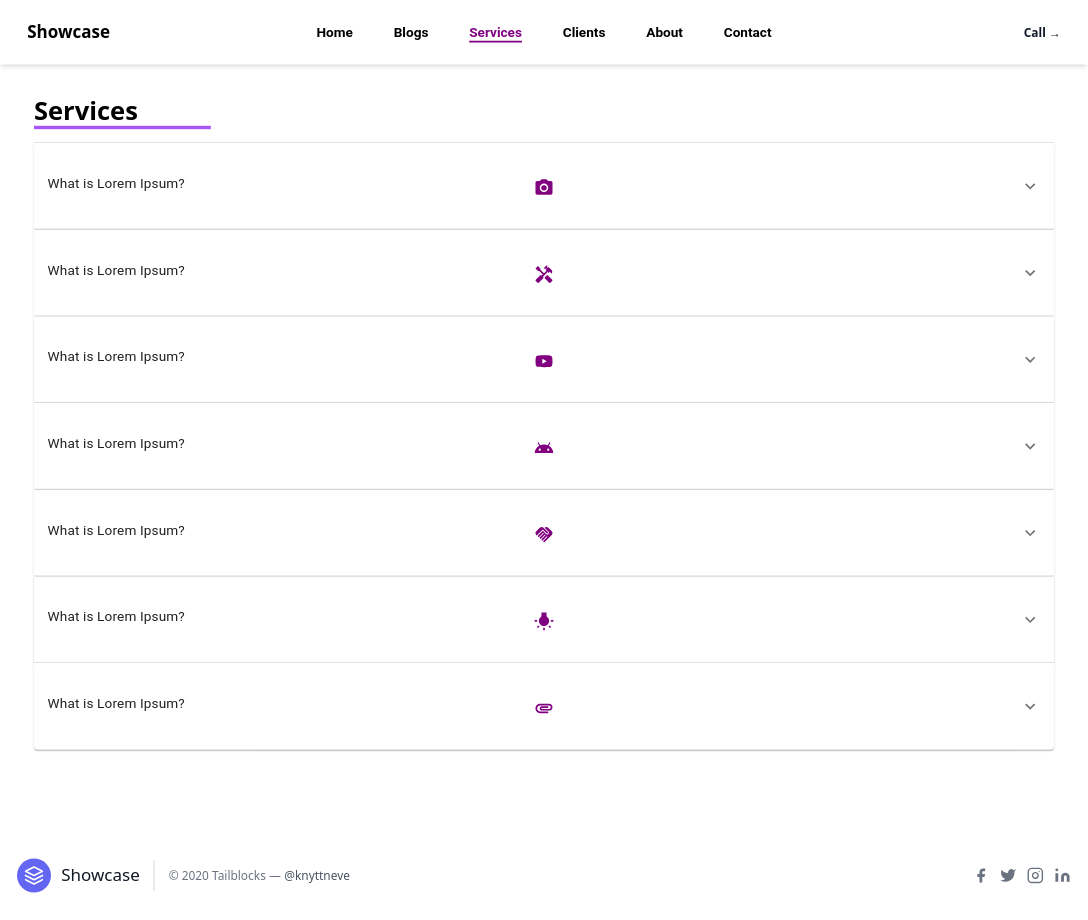
Repository: prashant523580/showcase
Page: /services
These files come from the project's save history. The page is drawn as it stood at one moment and after the next save; the edit follows.
The browser window is 1280 px wide. The pictures show the whole page, at 85% of full size.
The project was rebuilt for these pictures with package versions that can differ from the ones it lists, and the page was loaded fresh each time. The framework's server and built-in components were replaced by stand-ins that run in the browser. Also part of the build but not shown: next.config.js.

Above is the page before, as saved 2023-03-25 18:33:11.

### src/pages/_app.tsx
import Footer from '@/components/Footer'
import Navbar from '@/components/Navbar'
import React from "react";
import '@/styles/globals.css'
import type { AppProps } from 'next/app'
import AOS from "aos";
import "aos/dist/aos.css"
export default function App({ Component, pageProps }: AppProps) {
  React.useEffect(()=>{
      AOS.init()
  },[])
  return(
<>
    <Navbar/>
    <Component {...pageProps} />
    <Footer/>
</>
    )
}

### src/pages/services.tsx
import * as React from 'react';
import Accordion from '@mui/material/Accordion';
import AccordionDetails from '@mui/material/AccordionDetails';
import AccordionSummary from '@mui/material/AccordionSummary';
import Typography from '@mui/material/Typography';
import ExpandMoreIcon from '@mui/icons-material/ExpandMore';
import CameraAltIcon from '@mui/icons-material/CameraAlt';
import YouTubeIcon from '@mui/icons-material/YouTube';
import HandymanIcon from '@mui/icons-material/Handyman';
import AndroidIcon from '@mui/icons-material/Android';
import WbIncandescentIcon from '@mui/icons-material/WbIncandescent';
import HandshakeIcon from '@mui/icons-material/Handshake';
import AttachmentIcon from '@mui/icons-material/Attachment';
import htmlParser from "react-html-parser"
const services = [
    {
        id:"1",
        label: "What is Lorem Ipsum?",
        icon: <CameraAltIcon/>,
        description:"Lorem Ipsum is simply dummy text of the printing and typesetting industry. Lorem Ipsum has been the industry&apos;s standard dummy text ever since the 1500s, when an unknown printer took a galley of type and scrambled it to make a type specimen book. It has survived not only five centuries, but also the leap into electronic typesetting, remaining essentially unchanged. It was popularised in the 1960s with the release of Letraset sheets containing Lorem Ipsum passages, and more recently with desktop publishing software like Aldus PageMaker including versions of Lorem Ipsum."
    },
    {
        id:"2",
        label: "What is Lorem Ipsum?",
        icon:<HandymanIcon/>,
        description:"Lorem Ipsum is simply dummy text of the printing and typesetting industry. Lorem Ipsum has been the industry&apos;s standard dummy text ever since the 1500s, when an unknown printer took a galley of type and scrambled it to make a type specimen book. It has survived not only five centuries, but also the leap into electronic typesetting, remaining essentially unchanged. It was popularised in the 1960s with the release of Letraset sheets containing Lorem Ipsum passages, and more recently with desktop publishing software like Aldus PageMaker including versions of Lorem Ipsum."
    },
    {
        id:"3",
        label: "What is Lorem Ipsum?",
        icon:<YouTubeIcon/>,
        description:"Lorem Ipsum is simply dummy text of the printing and typesetting industry. Lorem Ipsum has been the industry&apos;s standard dummy text ever since the 1500s, when an unknown printer took a galley of type and scrambled it to make a type specimen book. It has survived not only five centuries, but also the leap into electronic typesetting, remaining essentially unchanged. It was popularised in the 1960s with the release of Letraset sheets containing Lorem Ipsum passages, and more recently with desktop publishing software like Aldus PageMaker including versions of Lorem Ipsum."
    },
    {
        id:"4",
        label: "What is Lorem Ipsum?",
        icon:<AndroidIcon/>,
        description:"Lorem Ipsum is simply dummy text of the printing and typesetting industry. Lorem Ipsum has been the industry&apos;s standard dummy text ever since the 1500s, when an unknown printer took a galley of type and scrambled it to make a type specimen book. It has survived not only five centuries, but also the leap into electronic typesetting, remaining essentially unchanged. It was popularised in the 1960s with the release of Letraset sheets containing Lorem Ipsum passages, and more recently with desktop publishing software like Aldus PageMaker including versions of Lorem Ipsum."
    },
    {
        id:"5",
        label: "What is Lorem Ipsum?",
        icon:<HandshakeIcon/>,
        description:"Lorem Ipsum is simply dummy text of the printing and typesetting industry. Lorem Ipsum has been the industry&apos;s standard dummy text ever since the 1500s, when an unknown printer took a galley of type and scrambled it to make a type specimen book. It has survived not only five centuries, but also the leap into electronic typesetting, remaining essentially unchanged. It was popularised in the 1960s with the release of Letraset sheets containing Lorem Ipsum passages, and more recently with desktop publishing software like Aldus PageMaker including versions of Lorem Ipsum."
    },
    {
        id:"6",
        label: "What is Lorem Ipsum?",
        icon:<WbIncandescentIcon/>,
        description:"Lorem Ipsum is simply dummy text of the printing and typesetting industry. Lorem Ipsum has been the industry&apos;s standard dummy text ever since the 1500s, when an unknown printer took a galley of type and scrambled it to make a type specimen book. It has survived not only five centuries, but also the leap into electronic typesetting, remaining essentially unchanged. It was popularised in the 1960s with the release of Letraset sheets containing Lorem Ipsum passages, and more recently with desktop publishing software like Aldus PageMaker including versions of Lorem Ipsum."
    },
    {
        id:"7",
        label: "What is Lorem Ipsum?",
        icon:<AttachmentIcon/>,
        description:"Lorem Ipsum is simply dummy text of the printing and typesetting industry. Lorem Ipsum has been the industry&apos;s standard dummy text ever since the 1500s, when an unknown printer took a galley of type and scrambled it to make a type specimen book. It has survived not only five centuries, but also the leap into electronic typesetting, remaining essentially unchanged. It was popularised in the 1960s with the release of Letraset sheets containing Lorem Ipsum passages, and more recently with desktop publishing software like Aldus PageMaker including versions of Lorem Ipsum."
    },
]
export default function Sercices() {
  const [expanded, setExpanded] = React.useState<string | false>(false);

  const handleChange =
    (panel: string) => (event: React.SyntheticEvent, isExpanded: boolean) => {
      setExpanded(isExpanded ? panel : false);
    };

  return (
    <div className='py-24 px-10'>
        <div className="py-4">

        <h1 className='font-bold text-3xl'>Services</h1>
        <div  className='w-52 h-1 bg-purple-500'></div>
        </div>
        {
            services.map((service,ind) => {
                return(

                <Accordion expanded={expanded === `panel${ind}`} onChange={handleChange(`panel${ind}`)}>
                    <AccordionSummary
                    expandIcon={<ExpandMoreIcon />}
                    aria-controls="panel1bh-content"
                    id="panel1bh-header"
                    sx={{
                        py:3
                    }}
                    >
                    <Typography sx={{ width: '50%', flexShrink: 0 }}>
                        {service.label}
                    </Typography>
                    <Typography sx={{ color: 'purple',fontSize:20 }}>{service.icon}</Typography>
                    </AccordionSummary>
                    <AccordionDetails>
                    <Typography>
                       {htmlParser(service.description)}
                    </Typography>
                    </AccordionDetails>
                </Accordion>
                )
            })
        }

    </div>
  );
}

### src/components/Footer.tsx
import React from 'react'

export default function Footer() {
  return (
    <footer className="text-gray-600 body-font">
  <div className="container px-5 py-8 mx-auto flex items-center sm:flex-row flex-col">
    <a className="flex title-font font-medium items-center md:justify-start justify-center text-gray-900">
      <svg xmlns="http://www.w3.org/2000/svg" fill="none" stroke="currentColor" stroke-linecap="round" stroke-linejoin="round" stroke-width="2" className="w-10 h-10 text-white p-2 bg-indigo-500 rounded-full" viewBox="0 0 24 24">
        <path d="M12 2L2 7l10 5 10-5-10-5zM2 17l10 5 10-5M2 12l10 5 10-5"></path>
      </svg>
      <span className="ml-3 text-xl">Showcase</span>
    </a>
    <p className="text-sm text-gray-500 sm:ml-4 sm:pl-4 sm:border-l-2 sm:border-gray-200 sm:py-2 sm:mt-0 mt-4">© 2020 Tailblocks —
      <a href="https://twitter.com/knyttneve" className="text-gray-600 ml-1" rel="noopener noreferrer" target="_blank">@knyttneve</a>
    </p>
    <span className="inline-flex sm:ml-auto sm:mt-0 mt-4 justify-center sm:justify-start">
      <a className="text-gray-500">
        <svg fill="currentColor" stroke-linecap="round" stroke-linejoin="round" stroke-width="2" className="w-5 h-5" viewBox="0 0 24 24">
          <path d="M18 2h-3a5 5 0 00-5 5v3H7v4h3v8h4v-8h3l1-4h-4V7a1 1 0 011-1h3z"></path>
        </svg>
      </a>
      <a className="ml-3 text-gray-500">
        <svg fill="currentColor" stroke-linecap="round" stroke-linejoin="round" stroke-width="2" className="w-5 h-5" viewBox="0 0 24 24">
          <path d="M23 3a10.9 10.9 0 01-3.14 1.53 4.48 4.48 0 00-7.86 3v1A10.66 10.66 0 013 4s-4 9 5 13a11.64 11.64 0 01-7 2c9 5 20 0 20-11.5a4.5 4.5 0 00-.08-.83A7.72 7.72 0 0023 3z"></path>
        </svg>
      </a>
      <a className="ml-3 text-gray-500">
        <svg fill="none" stroke="currentColor" stroke-linecap="round" stroke-linejoin="round" stroke-width="2" className="w-5 h-5" viewBox="0 0 24 24">
          <rect width="20" height="20" x="2" y="2" rx="5" ry="5"></rect>
          <path d="M16 11.37A4 4 0 1112.63 8 4 4 0 0116 11.37zm1.5-4.87h.01"></path>
        </svg>
      </a>
      <a className="ml-3 text-gray-500">
        <svg fill="currentColor" stroke="currentColor" stroke-linecap="round" stroke-linejoin="round" stroke-width="0" className="w-5 h-5" viewBox="0 0 24 24">
          <path stroke="none" d="M16 8a6 6 0 016 6v7h-4v-7a2 2 0 00-2-2 2 2 0 00-2 2v7h-4v-7a6 6 0 016-6zM2 9h4v12H2z"></path>
          <circle cx="4" cy="4" r="2" stroke="none"></circle>
        </svg>
      </a>
    </span>
  </div>
</footer>
  )
}

### src/components/Navbar.tsx
// import React from 'react'

// export default function Navbar() {
//   return (
//     <header className="text-gray-600 body-font">
//   <div className="container mx-auto flex flex-wrap p-5 flex-col md:flex-row items-center">
//     <nav className="flex lg:w-2/5 flex-wrap items-center text-base md:ml-auto">
//       <a className="mr-5 hover:text-gray-900">First Link</a>
//       <a className="mr-5 hover:text-gray-900">Second Link</a>
//       <a className="mr-5 hover:text-gray-900">Third Link</a>
//       <a className="hover:text-gray-900">Fourth Link</a>
//     </nav>
//     <a className="flex order-first lg:order-none lg:w-1/5 title-font font-medium items-center text-gray-900 lg:items-center lg:justify-center mb-4 md:mb-0">
//       <svg xmlns="http://www.w3.org/2000/svg" fill="none" stroke="currentColor" stroke-linecap="round" stroke-linejoin="round" stroke-width="2" className="w-10 h-10 text-white p-2 bg-indigo-500 rounded-full" viewBox="0 0 24 24">
//         <path d="M12 2L2 7l10 5 10-5-10-5zM2 17l10 5 10-5M2 12l10 5 10-5"></path>
//       </svg>
//       <span className="ml-3 text-xl">Tailblocks</span>
//     </a>
//     <div className="lg:w-2/5 inline-flex lg:justify-end ml-5 lg:ml-0">
//       <button className="inline-flex items-center bg-gray-100 border-0 py-1 px-3 focus:outline-none hover:bg-gray-200 rounded text-base mt-4 md:mt-0">Button
//         <svg fill="none" stroke="currentColor" stroke-linecap="round" stroke-linejoin="round" stroke-width="2" className="w-4 h-4 ml-1" viewBox="0 0 24 24">
//           <path d="M5 12h14M12 5l7 7-7 7"></path>
//         </svg>
//       </button>
//     </div>
//   </div>
// </header>
//   )
// }
import React, { useState } from 'react'
import {useRouter} from "next/router"
import { Dialog } from '@headlessui/react'
import { Bars3Icon, XMarkIcon } from '@heroicons/react/24/outline'
import Link from 'next/link'

const navigation = [
  { name: 'Home', href: '/' },
  { name: 'Blogs', href: '/blogs' },
  { name: 'Services', href: '/services' },
  { name: 'Clients', href: '/clients' },
  { name: 'About', href: '/about' },
  { name: 'Contact', href: '/contact' },
]
function ActiveLink({ children, href } : any) {
  const router = useRouter();
  const style = {
      // padding: 10,
    // marginRight: 10,
    fontWeight:"bold",
    color: router.asPath === href ? 'purple' : 'black',
    boxShadow:  router.asPath === href ? "inset 0 -2px 0 0 purple" : "none",
    fontFamily: "'Roboto', sans-serif",
  }

  const handleClick = (e : any) => {
    e.preventDefault()
    router.push(href)
  }

  return (
    <a href={href} onClick={handleClick} style={style}>
      {children}
    </a>
  )
}
export default function Example() {
  const [mobileMenuOpen, setMobileMenuOpen] = useState(false)

  return (
    <div className="bg-white">
      <header className="absolute shadow-md bg-white inset-x-0 top-0 z-50">
        <nav className="flex items-center justify-between p-6 lg:px-8" aria-label="Global">
          <div className="flex lg:flex-1">
            <Link href="/" className="-m-1.5 p-1.5">
              <span className="sr-only">Showcase</span>
              {/* <img
                className="h-8 w-auto"
                src="https://tailwindui.com/img/logos/mark.svg?color=indigo&shade=600"
                alt=""
              /> */}
              <h1 className='font-bold text-xl'>Showcase</h1>
            </Link>
          </div>
          <div className="flex lg:hidden">
            <button
              type="button"
              className="-m-2.5 inline-flex items-center justify-center rounded-md p-2.5 text-gray-700"
              onClick={() => setMobileMenuOpen(true)}
            >
              <span className="sr-only">Open main menu</span>
              <Bars3Icon className="h-6 w-6" aria-hidden="true" />
            </button>
          </div>
          <div className="hidden lg:flex lg:gap-x-12">
            {navigation.map((item) => (
              <ActiveLink key={item.name} href={item.href}>
                {item.name}
              </ActiveLink>
            ))}
          </div>
          <div className="hidden lg:flex lg:flex-1 lg:justify-end">
            <Link href="tel:+9779816514719" className="text-sm font-semibold leading-6 text-gray-900">
              Call <span aria-hidden="true">&rarr;</span>
            </Link>
          </div>
        </nav>
        <Dialog as="div" className="lg:hidden transition-all" open={mobileMenuOpen} onClose={setMobileMenuOpen}>
          <div className="fixed inset-0 z-50  transition-all" />
          <Dialog.Panel className="fixed transition-all inset-y-0 right-0 z-50 w-full overflow-y-auto bg-white px-6 py-6 sm:max-w-sm sm:ring-1 sm:ring-gray-900/10">
            <div className="flex items-center justify-between">
              <Link href="#" className="-m-1.5 p-1.5">
                <span className="sr-only">Showcase</span>
                <img
                  className="h-8 w-auto"
                  src="https://tailwindui.com/img/logos/mark.svg?color=indigo&shade=600"
                  alt=""
                />
              </Link>
              <button
                type="button"
                className="-m-2.5 rounded-md p-2.5 text-gray-700"
                onClick={() => setMobileMenuOpen(false)}
              >
                <span className="sr-only">Close menu</span>
                <XMarkIcon className="h-6 w-6" aria-hidden="true" />
              </button>
            </div>
            <div className="mt-6 flow-root">
              <div className="-my-6 divide-y divide-gray-500/10">
                <div className="space-y-2 py-6">
                  {navigation.map((item) => (
                    <Link
                      key={item.name}
                      href={item.href}
                      className="-mx-3 block rounded-lg py-2 px-3 text-base font-semibold leading-7 text-gray-900 hover:bg-gray-50"
                    >
                      {item.name}
                    </Link>
                  ))}
                </div>
                <div className="py-6">
                  <Link
                    href="#"
                    className="-mx-3 block rounded-lg py-2.5 px-3 text-base font-semibold leading-7 text-gray-900 hover:bg-gray-50"
                  >
                    Log in
                  </Link>
                </div>
              </div>
            </div>
          </Dialog.Panel>
        </Dialog>
      </header>


    </div>
  )
}

### src/styles/globals.css
@tailwind base;
@tailwind components;
@tailwind utilities;
@import url('https://fonts.googleapis.com/css2?family=Aclonica&family=Caveat&family=DM+Serif+Text&family=Oswald&family=Roboto&family=Vollkorn&display=swap');

:root {
  --max-width: 1100px;
  --border-radius: 12px;
  --font-mono: ui-monospace, Menlo, Monaco, 'Cascadia Mono', 'Segoe UI Mono',
    'Roboto Mono', 'Oxygen Mono', 'Ubuntu Monospace', 'Source Code Pro',
    'Fira Mono', 'Droid Sans Mono', 'Courier New', monospace;

  --foreground-rgb: 0, 0, 0;
  --background-start-rgb: 214, 219, 220;
  --background-end-rgb: 255, 255, 255;

  --primary-glow: conic-gradient(
    from 180deg at 50% 50%,
    #16abff33 0deg,
    #0885ff33 55deg,
    #54d6ff33 120deg,
    #0071ff33 160deg,
    transparent 360deg
  );
  --secondary-glow: radial-gradient(
    rgba(255, 255, 255, 1),
    rgba(255, 255, 255, 0)
  );

  --tile-start-rgb: 239, 245, 249;
  --tile-end-rgb: 228, 232, 233;
  --tile-border: conic-gradient(
    #00000080,
    #00000040,
    #00000030,
    #00000020,
    #00000010,
    #00000010,
    #00000080
  );

  --callout-rgb: 238, 240, 241;
  --callout-border-rgb: 172, 175, 176;
  --card-rgb: 180, 185, 188;
  --card-border-rgb: 131, 134, 135;
}

@media (prefers-color-scheme: dark) {
  :root {
    --foreground-rgb: 255, 255, 255;
    --background-start-rgb: 0, 0, 0;
    --background-end-rgb: 0, 0, 0;

    --primary-glow: radial-gradient(rgba(1, 65, 255, 0.4), rgba(1, 65, 255, 0));
    --secondary-glow: linear-gradient(
      to bottom right,
      rgba(1, 65, 255, 0),
      rgba(1, 65, 255, 0),
      rgba(1, 65, 255, 0.3)
    );

    --tile-start-rgb: 2, 13, 46;
    --tile-end-rgb: 2, 5, 19;
    --tile-border: conic-gradient(
      #ffffff80,
      #ffffff40,
      #ffffff30,
      #ffffff20,
      #ffffff10,
      #ffffff10,
      #ffffff80
    );

    --callout-rgb: 20, 20, 20;
    --callout-border-rgb: 108, 108, 108;
    --card-rgb: 100, 100, 100;
    --card-border-rgb: 200, 200, 200;
  }
}

* {
  box-sizing: border-box;
  padding: 0;
  margin: 0;
}

html,
body {
  max-width: 100vw;
  overflow-x: hidden;

}

body {
  /* color: rgb(var(--foreground-rgb)); */
  /* background: linear-gradient(
      to bottom,
      transparent,
      rgb(var(--background-end-rgb))
    )
    rgb(var(--background-start-rgb)); */
      /*
    font-family: 'Vollkorn', serif;
    font-family: 'Oswald', sans-serif;
    font-family: 'Aclonica', sans-serif;
    font-family: 'Caveat', cursive;
    font-family: 'DM Serif Text', serif;
    font-family: 'Roboto', sans-serif;
    */
}

a {
  color: inherit;
  text-decoration: none;
}

/* @media (prefers-color-scheme: dark) {
  html {
    color-scheme: dark;
  }
} */

Loaded but not shown: src/pages/_document.tsx (common file); tailwind.config.js (common file)

After the next save:
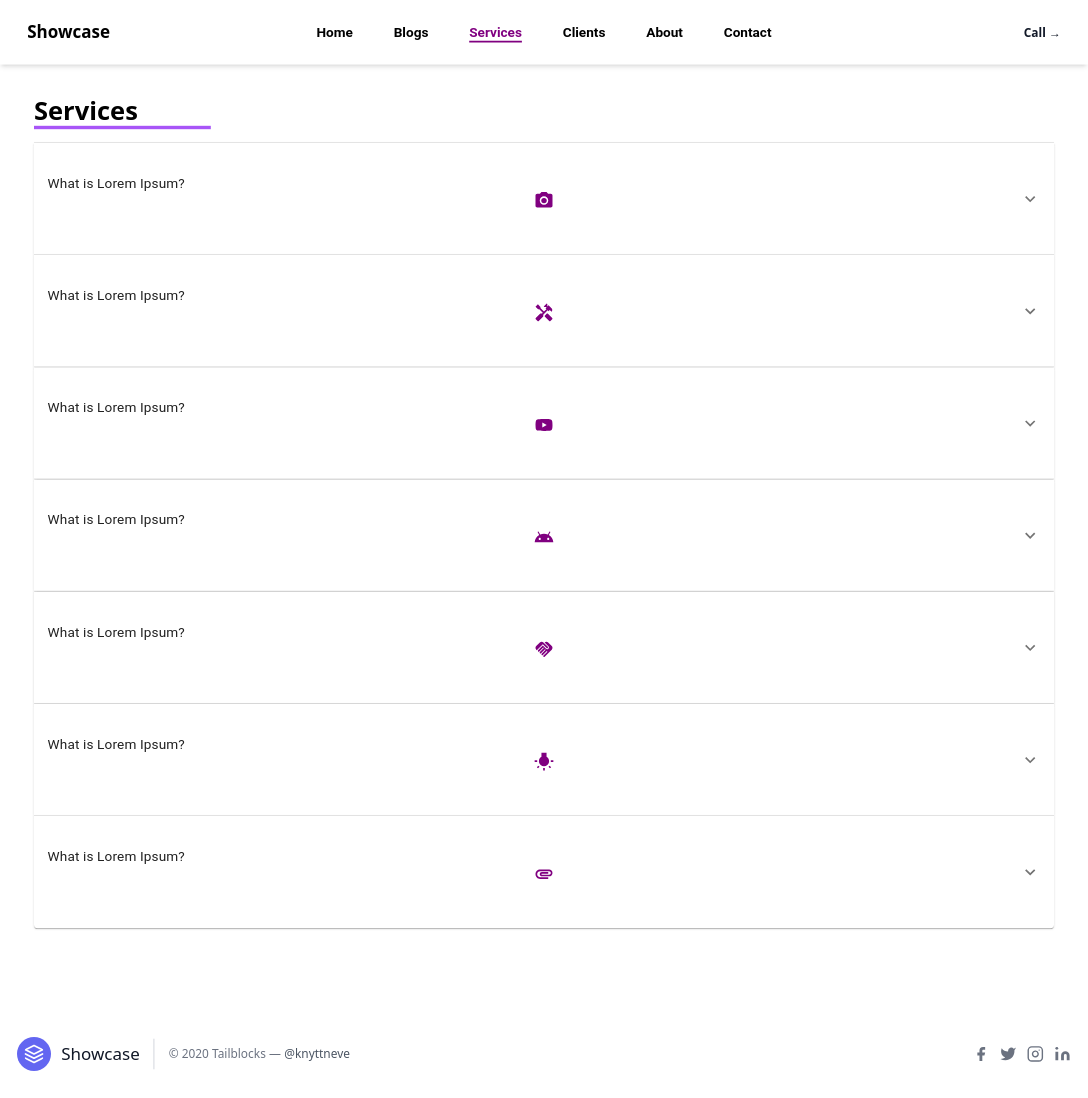
Saved 5 s later.
--- a/src/pages/services.tsx
+++ b/src/pages/services.tsx
@@ -87,7 +87,7 @@ export default function Sercices() {
                     <Typography sx={{ width: '50%', flexShrink: 0 }}>
                         {service.label}
                     </Typography>
-                    <Typography sx={{ color: 'purple',fontSize:20 }}>{service.icon}</Typography>
+                    <Typography sx={{ color: 'purple',fontSize:40 }}>{service.icon}</Typography>
                     </AccordionSummary>
                     <AccordionDetails>
                     <Typography>
